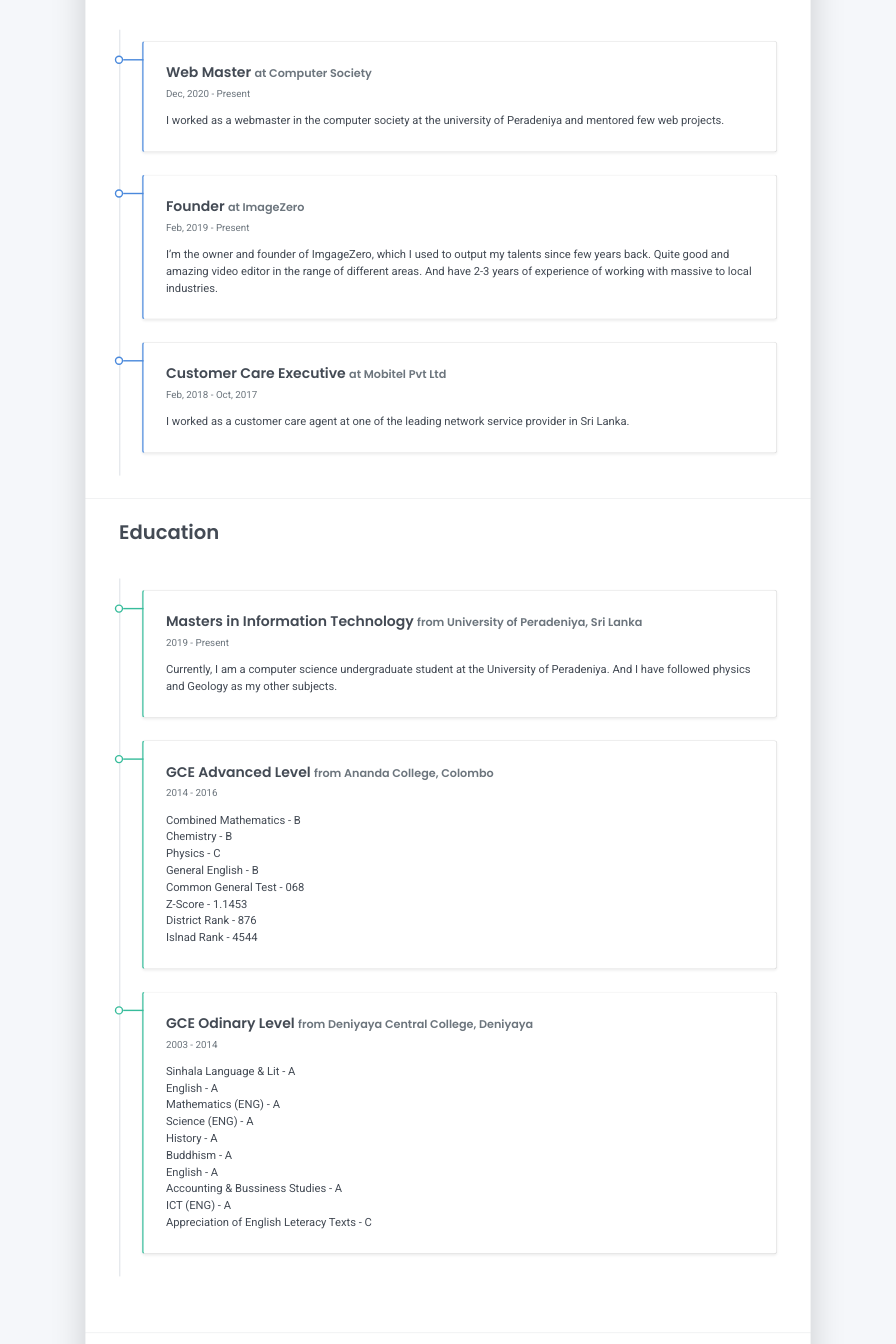
Repository: virangaj/resume
Page: index.html
The author's editor kept a copy of each file at every save. The page is drawn from the files as they stood at one save, then again after the next save.
The browser window is 1280 px wide. The pictures show the part of the page from y = 2058 to 3978 px (the page is 4676 px tall before and 4246 px after), at 70% of full size.

Above is the page before, as saved 2021-08-31 19:56:13.

### index.html
<!DOCTYPE html>
<html lang="en-US">
	<head>
		<meta charset="UTF-8" />
		<meta http-equiv="X-UA-Compatible" content="IE=edge" />
		<meta name="viewport" content="width=device-width, initial-scale=1" />
		<title>Virang Jayawardana</title>
		<link
			rel="preconnect"
			href="https://fonts.gstatic.com"
			crossorigin="crossorigin"
		/>
		<link
			rel="preload"
			as="style"
			href="https://fonts.googleapis.com/css2?family=Poppins:wght@600&amp;family=Roboto:wght@300;400;500;700&amp;display=swap"
		/>
		<link
			rel="stylesheet"
			href="https://fonts.googleapis.com/css2?family=Poppins:wght@600&amp;family=Roboto:wght@300;400;500;700&amp;display=swap"
			media="print"
			onload="this.media='all'"
		/>
		<noscript>
			<link
				rel="stylesheet"
				href="https://fonts.googleapis.com/css2?family=Poppins:wght@600&amp;family=Roboto:wght@300;400;500;700&amp;display=swap"
			/>
		</noscript>
		<link href="css/font-awesome/css/all.min.css?ver=1.2.0" rel="stylesheet" />
		<link href="css/bootstrap.min.css?ver=1.2.0" rel="stylesheet" />
		<link href="css/aos.css?ver=1.2.0" rel="stylesheet" />
		<link href="css/main.css?ver=1.2.0" rel="stylesheet" />
		<noscript>
			<style type="text/css">
				[data-aos] {
					opacity: 1 !important;
					transform: translate(0) scale(1) !important;
				}
			</style>
		</noscript>
	</head>
	<body id="top">
		<header class="d-print-none">
			<div class="container text-center text-lg-left">
				<div class="py-3 clearfix">
					<h1 class="site-title mb-0">Virang Jayawardana</h1>
					<div class="site-nav">
						<nav role="navigation">
							<ul class="nav justify-content-center">
								<li class="nav-item">
									<a
										class="nav-link"
										href="https://twitter.com/VirangaPasi"
										title="Twitter"
										><i class="fab fa-twitter"></i
										><span class="menu-title sr-only">Twitter</span></a
									>
								</li>
								<li class="nav-item">
									<a
										class="nav-link"
										href="https://www.facebook.com/virangapasindu.jayawardana/"
										title="Facebook"
										><i class="fab fa-facebook"></i
										><span class="menu-title sr-only">Facebook</span></a
									>
								</li>
								<li class="nav-item">
									<a
										class="nav-link"
										href="https://www.instagram.com/pasiya_k9/"
										title="Instagram"
										><i class="fab fa-instagram"></i
										><span class="menu-title sr-only">Instagram</span></a
									>
								</li>
								<li class="nav-item">
									<a
										class="nav-link"
										href="https://github.com/Viranga-pasi"
										title="Github"
										><i class="fab fa-github"></i
										><span class="menu-title sr-only">Github</span></a
									>
								</li>
							</ul>
						</nav>
					</div>
				</div>
			</div>
		</header>
		<div class="page-content">
			<div class="container">
				<div class="cover shadow-lg bg-white">
					<div class="cover-bg p-3 p-lg-4 text-white">
						<div class="row">
							<div class="col-lg-4 col-md-5">
								<div class="avatar hover-effect bg-white shadow-sm p-1">
									<img src="images/avatar.jpg" width="200" height="200" />
								</div>
							</div>
							<div class="col-lg-8 col-md-7 text-center text-md-start">
								<h2 class="h1 mt-2" data-aos="fade-left" data-aos-delay="0">
									Joyce Harrison
								</h2>
								<p data-aos="fade-left" data-aos-delay="100">
									Undergraduate | Web Developer
								</p>
								<div
									class="d-print-none"
									data-aos="fade-left"
									data-aos-delay="200"
								>
									<a
										class="btn btn-light text-dark shadow-sm mt-1 me-1"
										href="right-resume.pdf"
										target="_blank"
										>Download CV</a
									><a class="btn btn-success shadow-sm mt-1" href="#contact"
										>Hire Me</a
									>
								</div>
							</div>
						</div>
					</div>
					<div class="about-section pt-4 px-3 px-lg-4 mt-1">
						<div class="row">
							<div class="col-md-6">
								<h2 class="h3 mb-3">About Me</h2>
								<p>
									Hello! I’m Viranga Jayawardana. I am passionate about new
									technologies and Web Design. I am a skilled Front-end
									Developer and amazing video editor.
								</p>
							</div>
							<div class="col-md-5 offset-md-1">
								<div class="row mt-2">
									<div class="col-sm-4">
										<div class="pb-1">Age</div>
									</div>
									<div class="col-sm-8">
										<div class="pb-1 text-secondary">24</div>
									</div>
									<div class="col-sm-4">
										<div class="pb-1">Email</div>
									</div>
									<div class="col-sm-8">
										<div class="pb-1 text-secondary">
											virangapasindu4@gmail.com
										</div>
									</div>
									<div class="col-sm-4">
										<div class="pb-1">Phone</div>
									</div>
									<div class="col-sm-8">
										<div class="pb-1 text-secondary">+94 71 530 9595</div>
									</div>
									<div class="col-sm-4">
										<div class="pb-1">Address</div>
									</div>
									<div class="col-sm-8">
										<div class="pb-1 text-secondary">
											Samanala, Galdola, Kotapola, Sri Lanka
										</div>
									</div>
								</div>
							</div>
						</div>
					</div>
					<hr class="d-print-none" />
					<div class="skills-section px-3 px-lg-4">
						<h2 class="h3 mb-3">Professional Skills</h2>
						<div class="row">
							<div class="col-md-6">
								<div class="mb-2">
									<span>HTML</span>
									<div class="progress my-1">
										<div
											class="progress-bar bg-primary"
											role="progressbar"
											data-aos="zoom-in-right"
											data-aos-delay="100"
											data-aos-anchor=".skills-section"
											style="width: 90%"
											aria-valuenow="90"
											aria-valuemin="0"
											aria-valuemax="100"
										></div>
									</div>
								</div>
								<div class="mb-2">
									<span>CSS</span>
									<div class="progress my-1">
										<div
											class="progress-bar bg-primary"
											role="progressbar"
											data-aos="zoom-in-right"
											data-aos-delay="200"
											data-aos-anchor=".skills-section"
											style="width: 85%"
											aria-valuenow="85"
											aria-valuemin="0"
											aria-valuemax="100"
										></div>
									</div>
								</div>
								<div class="mb-2">
									<span>JavaScript</span>
									<div class="progress my-1">
										<div
											class="progress-bar bg-primary"
											role="progressbar"
											data-aos="zoom-in-right"
											data-aos-delay="300"
											data-aos-anchor=".skills-section"
											style="width: 80%"
											aria-valuenow="80"
											aria-valuemin="0"
											aria-valuemax="100"
										></div>
									</div>
								</div>
								<div class="mb-2">
									<span>ReactJs</span>
									<div class="progress my-1">
										<div
											class="progress-bar bg-primary"
											role="progressbar"
											data-aos="zoom-in-right"
											data-aos-delay="300"
											data-aos-anchor=".skills-section"
											style="width: 75%"
											aria-valuenow="75"
											aria-valuemin="0"
											aria-valuemax="100"
										></div>
									</div>
								</div>
								<div class="mb-2">
									<span>Java</span>
									<div class="progress my-1">
										<div
											class="progress-bar bg-primary"
											role="progressbar"
											data-aos="zoom-in-right"
											data-aos-delay="300"
											data-aos-anchor=".skills-section"
											style="width: 70%"
											aria-valuenow="70"
											aria-valuemin="0"
											aria-valuemax="100"
										></div>
									</div>
								</div>
								<div class="mb-2">
									<span>C language</span>
									<div class="progress my-1">
										<div
											class="progress-bar bg-primary"
											role="progressbar"
											data-aos="zoom-in-right"
											data-aos-delay="300"
											data-aos-anchor=".skills-section"
											style="width: 70%"
											aria-valuenow="70"
											aria-valuemin="0"
											aria-valuemax="100"
										></div>
									</div>
								</div>
								<div class="mb-2">
									<span>Wordpress</span>
									<div class="progress my-1">
										<div
											class="progress-bar bg-primary"
											role="progressbar"
											data-aos="zoom-in-right"
											data-aos-delay="300"
											data-aos-anchor=".skills-section"
											style="width: 85%"
											aria-valuenow="85"
											aria-valuemin="0"
											aria-valuemax="100"
										></div>
									</div>
								</div>
							</div>
							<div class="col-md-6">
								<div class="mb-2">
									<span>Adobe Photoshop</span>
									<div class="progress my-1">
										<div
											class="progress-bar bg-success"
											role="progressbar"
											data-aos="zoom-in-right"
											data-aos-delay="400"
											data-aos-anchor=".skills-section"
											style="width: 80%"
											aria-valuenow="90"
											aria-valuemin="0"
											aria-valuemax="100"
										></div>
									</div>
								</div>
								<div class="mb-2">
									<span>Abode Premiere Pro</span>
									<div class="progress my-1">
										<div
											class="progress-bar bg-success"
											role="progressbar"
											data-aos="zoom-in-right"
											data-aos-delay="500"
											data-aos-anchor=".skills-section"
											style="width: 85%"
											aria-valuenow="85"
											aria-valuemin="0"
											aria-valuemax="100"
										></div>
									</div>
								</div>
								<div class="mb-2">
									<span>Adobe After Effect</span>
									<div class="progress my-1">
										<div
											class="progress-bar bg-success"
											role="progressbar"
											data-aos="zoom-in-right"
											data-aos-delay="600"
											data-aos-anchor=".skills-section"
											style="width: 75%"
											aria-valuenow="75"
											aria-valuemin="0"
											aria-valuemax="100"
										></div>
									</div>
								</div>
								<div class="mb-2">
									<span>Adobe XD</span>
									<div class="progress my-1">
										<div
											class="progress-bar bg-success"
											role="progressbar"
											data-aos="zoom-in-right"
											data-aos-delay="600"
											data-aos-anchor=".skills-section"
											style="width: 75%"
											aria-valuenow="75"
											aria-valuemin="0"
											aria-valuemax="100"
										></div>
									</div>
								</div>
								<div class="mb-2">
									<span>Microsoft Office</span>
									<div class="progress my-1">
										<div
											class="progress-bar bg-success"
											role="progressbar"
											data-aos="zoom-in-right"
											data-aos-delay="600"
											data-aos-anchor=".skills-section"
											style="width: 85%"
											aria-valuenow="85"
											aria-valuemin="0"
											aria-valuemax="100"
										></div>
									</div>
								</div>
							</div>
						</div>
					</div>
					<hr class="d-print-none" />
					<div class="work-experience-section px-3 px-lg-4">
						<h2 class="h3 mb-4">Work Experience</h2>
						<div class="timeline">
							<div class="timeline-card timeline-card-primary card shadow-sm">
								<div class="card-body">
									<div class="h5 mb-1">
										Web Master
										<span class="text-muted h6">at Computer Society</span>
									</div>
									<div class="text-muted text-small mb-2">
										Dec, 2020 - Present
									</div>
									<div>
										I worked as a webmaster in the computer society at the
										university of Peradeniya and mentored few web projects.
									</div>
								</div>
							</div>
							<div class="timeline-card timeline-card-primary card shadow-sm">
								<div class="card-body">
									<div class="h5 mb-1">
										Founder
										<span class="text-muted h6">at ImageZero</span>
									</div>
									<div class="text-muted text-small mb-2">
										Feb, 2019 - Present
									</div>
									<div>
										I’m the owner and founder of ImgageZero, which I used to
										output my talents since few years back. Quite good and
										amazing video editor in the range of different areas. And
										have 2-3 years of experience of working with massive to
										local industries.
									</div>
								</div>
							</div>
							<div class="timeline-card timeline-card-primary card shadow-sm">
								<div class="card-body">
									<div class="h5 mb-1">
										Customer Care Executive
										<span class="text-muted h6">at Mobitel Pvt Ltd</span>
									</div>
									<div class="text-muted text-small mb-2">
										Feb, 2018 - Oct, 2017
									</div>
									<div>
										I worked as a customer care agent at one of the leading
										network service provider in Sri Lanka.
									</div>
								</div>
							</div>
						</div>
					</div>
					<hr class="d-print-none" />
					<div class="work-experience-section px-3 px-lg-4">
						<h2 class="h3 mb-4">Projects</h2>
						<div class="timeline">
							<div class="timeline-card timeline-card-primary card shadow-sm">
								<div class="card-body">
									<div class="h5 mb-1">
										Web Master
										<span class="text-muted h6">at Computer Society</span>
									</div>
									<div class="text-muted text-small mb-2">
										Dec, 2020 - Present
									</div>
									<div>
										I worked as a webmaster in the computer society at the
										university of Peradeniya and mentored few web projects.
									</div>
								</div>
							</div>
							<div class="timeline-card timeline-card-primary card shadow-sm">
								<div class="card-body">
									<div class="h5 mb-1">
										Founder
										<span class="text-muted h6">at ImageZero</span>
									</div>
									<div class="text-muted text-small mb-2">
										Feb, 2019 - Present
									</div>
									<div>
										I’m the owner and founder of ImgageZero, which I used to
										output my talents since few years back. Quite good and
										amazing video editor in the range of different areas. And
										have 2-3 years of experience of working with massive to
										local industries.
									</div>
								</div>
							</div>
							<div class="timeline-card timeline-card-primary card shadow-sm">
								<div class="card-body">
									<div class="h5 mb-1">
										Customer Care Executive
										<span class="text-muted h6">at Mobitel Pvt Ltd</span>
									</div>
									<div class="text-muted text-small mb-2">
										Feb, 2018 - Oct, 2017
									</div>
									<div>
										I worked as a customer care agent at one of the leading
										network service provider in Sri Lanka.
									</div>
								</div>
							</div>
						</div>
					</div>
					<hr class="d-print-none" />
					<div class="page-break"></div>
					<div class="education-section px-3 px-lg-4 pb-4">
						<h2 class="h3 mb-4">Education</h2>
						<div class="timeline">
							<div class="timeline-card timeline-card-success card shadow-sm">
								<div class="card-body">
									<div class="h5 mb-1">
										Masters in Information Technology
										<span class="text-muted h6"
											>from University of Peradeniya, Sri Lanka</span
										>
									</div>
									<div class="text-muted text-small mb-2">2019 - Present</div>
									<div>
										Currently, I am a computer science undergraduate student at
										the University of Peradeniya. And I have followed physics
										and Geology as my other subjects.
									</div>
								</div>
							</div>
							<div class="timeline-card timeline-card-success card shadow-sm">
								<div class="card-body">
									<div class="h5 mb-1">
										GCE Advanced Level
										<span class="text-muted h6"
											>from Ananda College, Colombo</span
										>
									</div>
									<div class="text-muted text-small mb-2">2014 - 2016</div>
									<div>Combined Mathematics - B</div>
									<div>Chemistry - B</div>
									<div>Physics - C</div>
									<div>General English - B</div>
									<div>Common General Test - 068</div>
									<div>Z-Score - 1.1453</div>
									<div>District Rank - 876</div>
									<div>Islnad Rank - 4544</div>
								</div>
							</div>
							<div class="timeline-card timeline-card-success card shadow-sm">
								<div class="card-body">
									<div class="h5 mb-1">
										GCE Odinary Level
										<span class="text-muted h6"
											>from Deniyaya Central College, Deniyaya</span
										>
									</div>
									<div class="text-muted text-small mb-2">2003 - 2014</div>
									<div>Sinhala Language & Lit - A</div>
									<div>English - A</div>
									<div>Mathematics (ENG) - A</div>
									<div>Science (ENG) - A</div>
									<div>History - A</div>
									<div>Buddhism - A</div>
									<div>English - A</div>
									<div>Accounting & Bussiness Studies - A</div>
									<div>ICT (ENG) - A</div>
									<div>Appreciation of English Leteracy Texts - C</div>
								</div>
							</div>
						</div>
					</div>
					<hr class="d-print-none" />
					<div class="contant-section px-3 px-lg-4 pb-4" id="contact">
						<h2 class="h3 text mb-3">Contact</h2>
						<div class="row">
							<div class="col-md-7 d-print-none">
								<div class="my-2">
									<form action="virangapasindu4@gmail.com" method="POST">
										<div class="row">
											<div class="col-6">
												<input
													class="form-control"
													type="text"
													id="name"
													name="name"
													placeholder="Your Name"
													required
												/>
											</div>
											<div class="col-6">
												<input
													class="form-control"
													type="email"
													id="email"
													name="_replyto"
													placeholder="Your E-mail"
													required
												/>
											</div>
										</div>
										<div class="form-group my-2">
											<textarea
												class="form-control"
												style="resize: none"
												id="message"
												name="message"
												rows="4"
												placeholder="Your Message"
												required
											></textarea>
										</div>
										<button class="btn btn-primary mt-2" type="submit">
											Send
										</button>
									</form>
								</div>
							</div>
							<div class="col">
								<div class="mt-2">
									<h3 class="h6">Address</h3>
									<div class="pb-2 text-secondary">
										Samanala, Galdola, Kotapola, Sri Lanka
									</div>
									<h3 class="h6">Phone</h3>
									<div class="pb-2 text-secondary">+94 71 530 9595</div>
									<h3 class="h6">Email</h3>
									<div class="pb-2 text-secondary">
										virangapasindu4@gmail.com
									</div>
								</div>
							</div>
						</div>
					</div>
				</div>
			</div>
		</div>
		<footer class="pt-4 pb-4 text-muted text-center d-print-none">
			<div class="container">
				<div class="my-3">
					<div class="h4">Viranga Jayawardana</div>
					<div class="footer-nav">
						<nav role="navigation">
							<ul class="nav justify-content-center">
								<li class="nav-item">
									<a
										class="nav-link"
										href="https://twitter.com/VirangaPasi"
										title="Twitter"
										><i class="fab fa-twitter"></i
										><span class="menu-title sr-only">Twitter</span></a
									>
								</li>
								<li class="nav-item">
									<a
										class="nav-link"
										href="https://www.facebook.com/virangapasindu.jayawardana/"
										title="Facebook"
										><i class="fab fa-facebook"></i
										><span class="menu-title sr-only">Facebook</span></a
									>
								</li>
								<li class="nav-item">
									<a
										class="nav-link"
										href="https://www.instagram.com/pasiya_k9/"
										title="Instagram"
										><i class="fab fa-instagram"></i
										><span class="menu-title sr-only">Instagram</span></a
									>
								</li>
								<li class="nav-item">
									<a
										class="nav-link"
										href="https://github.com/Viranga-pasi"
										title="Github"
										><i class="fab fa-github"></i
										><span class="menu-title sr-only">Github</span></a
									>
								</li>
							</ul>
						</nav>
					</div>
				</div>
				<div class="text-small">
					<div class="mb-1">
						&copy; Viranga Jayawardana. All rights reserved.
					</div>
					<div>
						Design -
						<a href="https://imagezero.net/" target="_blank">ImageZero</a>
					</div>
				</div>
			</div>
		</footer>
		<script src="scripts/bootstrap.bundle.min.js?ver=1.2.0"></script>
		<script src="scripts/aos.js?ver=1.2.0"></script>
		<script src="scripts/main.js?ver=1.2.0"></script>
	</body>
</html>

Loaded but not shown: css/font-awesome/css/all.min.css (library); css/bootstrap.min.css (library); css/aos.css (library); scripts/bootstrap.bundle.min.js (library); scripts/aos.js (library); scripts/main.js (common file); css/main.css (176 lines, source omitted)

After the next save:
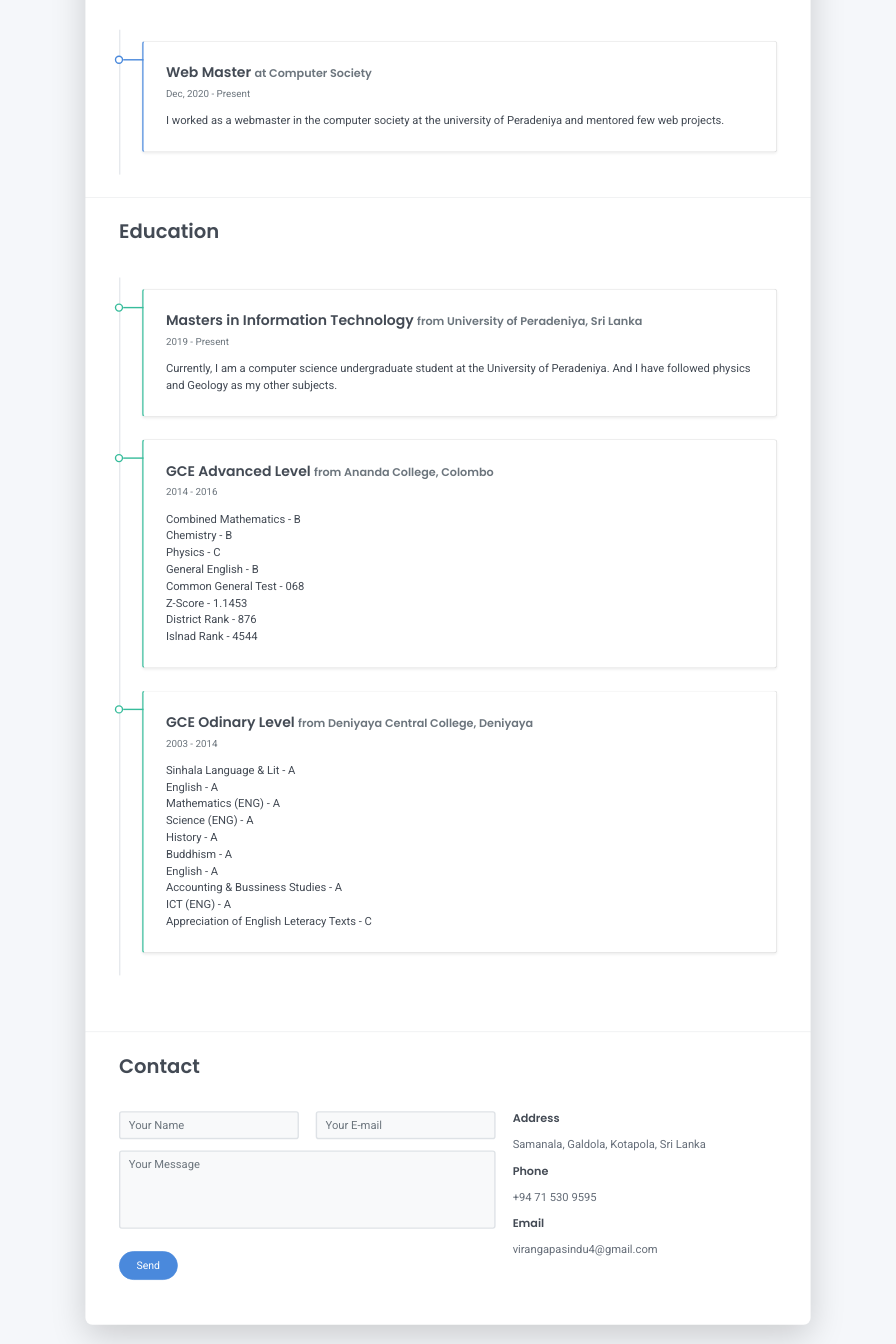
Saved 37 s later.
--- a/index.html
+++ b/index.html
@@ -443,39 +443,6 @@
 									</div>
 								</div>
 							</div>
-							<div class="timeline-card timeline-card-primary card shadow-sm">
-								<div class="card-body">
-									<div class="h5 mb-1">
-										Founder
-										<span class="text-muted h6">at ImageZero</span>
-									</div>
-									<div class="text-muted text-small mb-2">
-										Feb, 2019 - Present
-									</div>
-									<div>
-										I’m the owner and founder of ImgageZero, which I used to
-										output my talents since few years back. Quite good and
-										amazing video editor in the range of different areas. And
-										have 2-3 years of experience of working with massive to
-										local industries.
-									</div>
-								</div>
-							</div>
-							<div class="timeline-card timeline-card-primary card shadow-sm">
-								<div class="card-body">
-									<div class="h5 mb-1">
-										Customer Care Executive
-										<span class="text-muted h6">at Mobitel Pvt Ltd</span>
-									</div>
-									<div class="text-muted text-small mb-2">
-										Feb, 2018 - Oct, 2017
-									</div>
-									<div>
-										I worked as a customer care agent at one of the leading
-										network service provider in Sri Lanka.
-									</div>
-								</div>
-							</div>
 						</div>
 					</div>
 					<hr class="d-print-none" />
